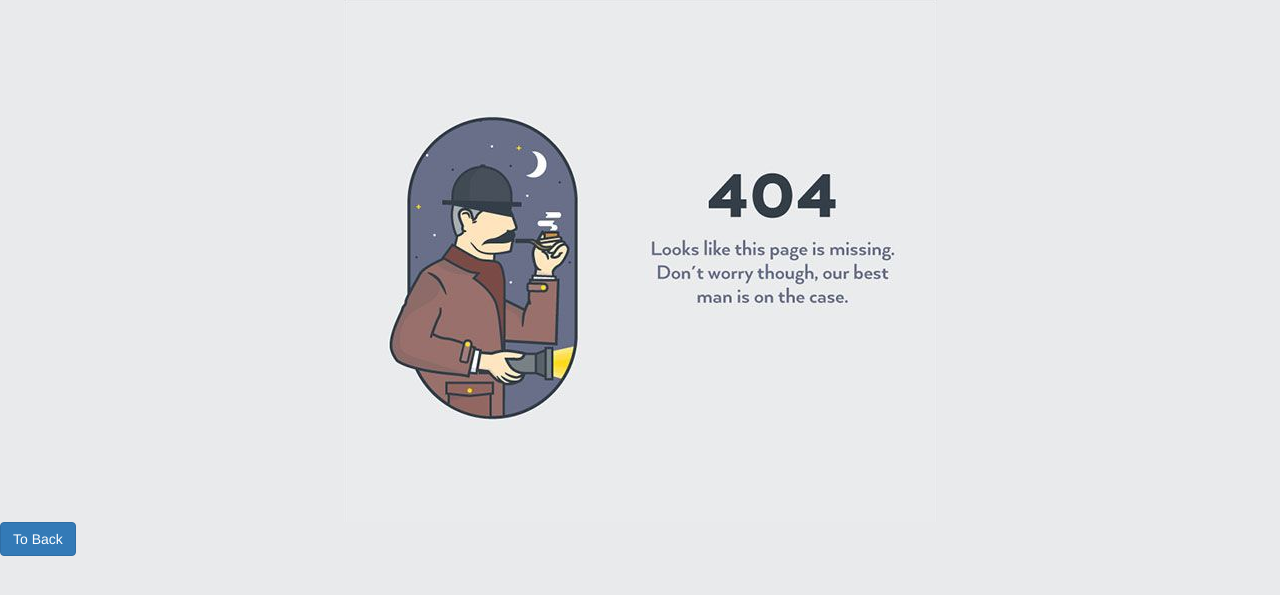
Repository: Raz-Dva/Toolpip-plugin
Page: 404.html
The author's editor kept a copy of each file at every save. The page is drawn from the files as they stood at one save, then again after the next save.
The browser window is 1280 px wide. The pictures show the whole page.

Above is the page before, as saved 2021-10-21 19:19:51.

### 404.html
<!DOCTYPE html>
<html lang="en">

<head>
  <meta charset="UTF-8">
  <meta http-equiv="X-UA-Compatible" content="IE=edge">
  <meta name="viewport" content="width=device-width, initial-scale=1.0">
  <title>Document</title>
  <link rel="stylesheet" href="css/library/bootstrap.min.css" />
  <link rel="stylesheet" href="css/normalize.css" />
</head>

<body style="background-color:#E9EAEC">
  <div class="text-center">
    <img src="img/404.png" alt="">
  </div>
  <a href="/" class="btn btn-primary">To Back</a>

</body>

</html>

Loaded but not shown: css/library/bootstrap.min.css (library); css/normalize.css (library)

After the next save:
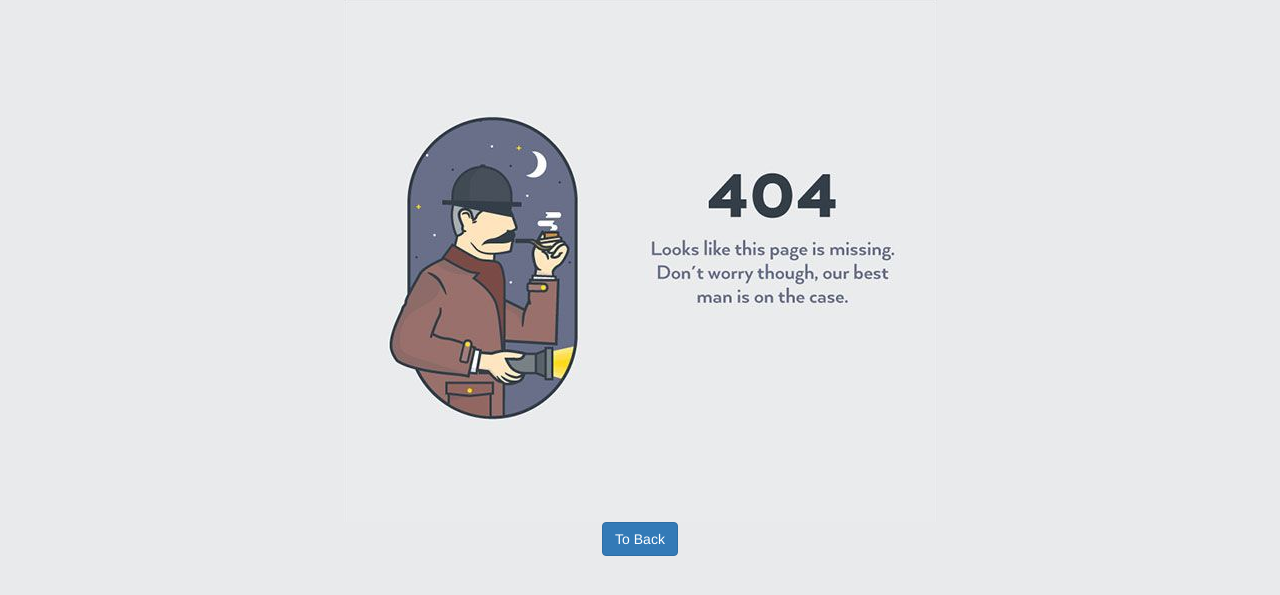
Saved 45 s later.
--- a/404.html
+++ b/404.html
@@ -14,7 +14,9 @@
   <div class="text-center">
     <img src="img/404.png" alt="">
   </div>
-  <a href="/" class="btn btn-primary">To Back</a>
+  <div class="text-center">
+    <a href="/" class="btn btn-primary">To Back</a>
+  </div>
 
 </body>
 
